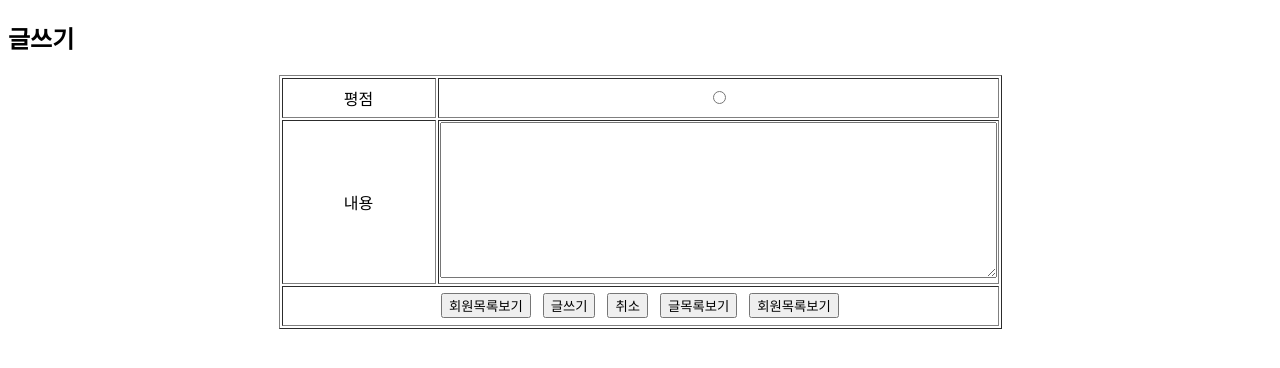
Repository: Served01/Project2_2209
Page: http://localhost/bookReviewProgram/rvUpdate.jsp
The author's editor kept a copy of each file at every save. The page is drawn from the files as they stood at one save, then again after the next save.
The browser window is 1280 px wide. The pictures show the whole page.
The page is served by Tomcat 9.

Above is the page before, as saved 2022-09-22 05:20:00.

After the next save:
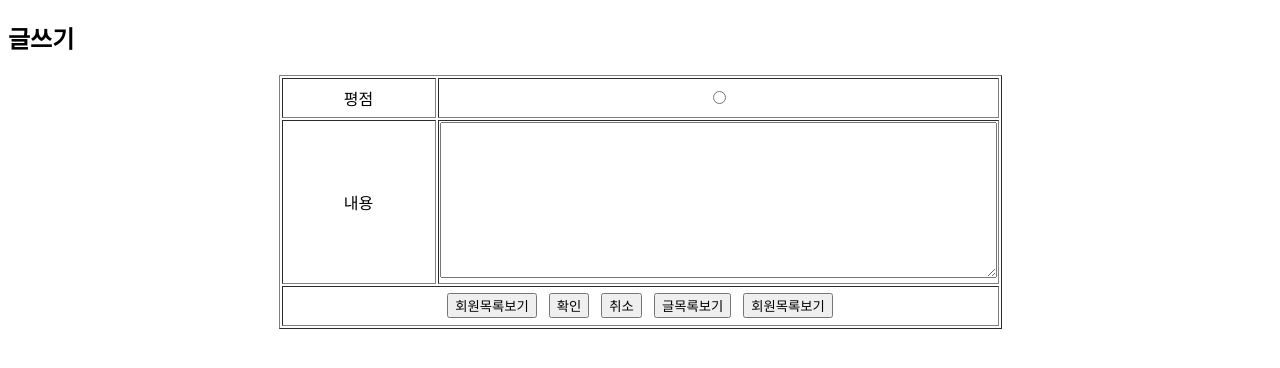
Saved 5 s later.
--- a/bookReviewProgram/src/main/webapp/rvUpdate.jsp
+++ b/bookReviewProgram/src/main/webapp/rvUpdate.jsp
@@ -50,7 +50,7 @@
 		<tr height="40" align="center">
 			<td colspan="2">
 			<input type="button" value="회원목록보기" onclick="location.href='memberList.jsp'"/>&nbsp;&nbsp;
-			<input type="submit" value="글쓰기"/>&nbsp;&nbsp;
+			<input type="submit" value="확인"/>&nbsp;&nbsp;
 			<input type="reset" value="취소"/>&nbsp;&nbsp;
 		<input type="button" value="글목록보기" onclick="location.href='boardList.jsp'"/>&nbsp;&nbsp;
 		<input type="button" value="회원목록보기" onclick="location.href='memberList.jsp'"/>
